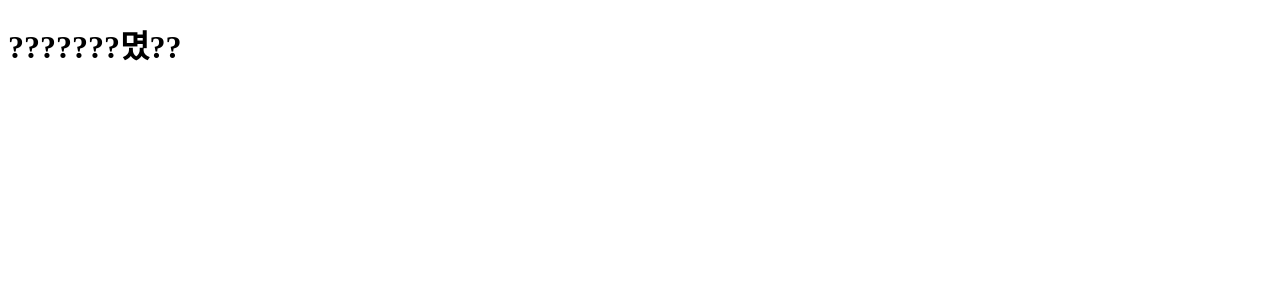
Repository: whdghks9241/Servlet-JSP-Workspace
Page: http://localhost/join/register.jsp
The author's editor kept a copy of each file at every save. The page is drawn from the files as they stood at one save, then again after the next save.
The browser window is 1280 px wide. The pictures show the whole page.
The page is served by Tomcat 9.

Above is the page before, as saved 2023-11-07 00:36:03.

After the next save:
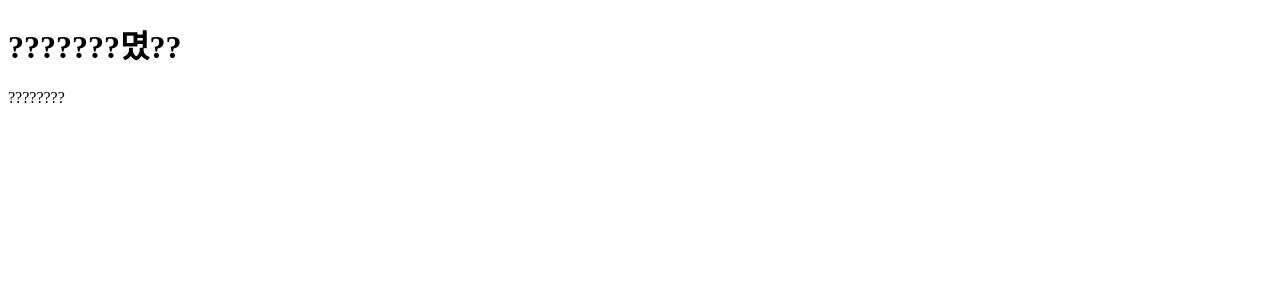
Saved 79 s later.
--- a/join/src/main/webapp/register.jsp
+++ b/join/src/main/webapp/register.jsp
@@ -8,6 +8,11 @@
 </head>
 <body>
 <h1>안녕하세요</h1>
-<%  %>
+<%
+
+String msg = "안녕안녕";
+out.println(msg);
+
+%>
 </body>
 </html>
